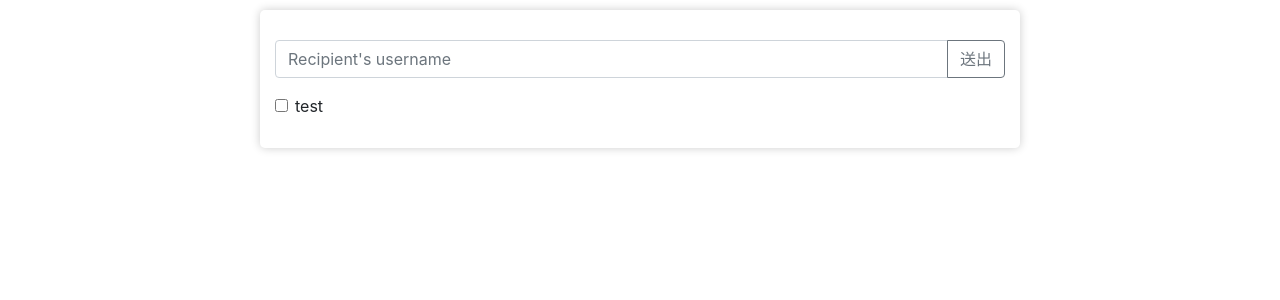
Repository: iian0910/vue3_todoList
Page: /
An editor plug-in stored every save of this project. The page is shown before and after the next save, followed by the edit.
The browser window is 1280 px wide. The pictures show the whole page.
The project was rebuilt for these pictures with package versions that can differ from the ones it lists, and the page was loaded fresh each time.

Above is the page before, as saved 2021-02-23 15:16:28.

### src/App.vue
<template>
  <TodoList/>
</template>

<script lang="ts">
import { defineComponent } from 'vue'
import TodoList from './components/TodoList.vue'

export default defineComponent({
  name: 'App',
  components: {
    TodoList
  }
})
</script>

<style lang="scss">
@import './assets/scss/all';
</style>

### src/assets/scss/all.scss
@import '~bootstrap/scss/bootstrap.scss';
@import './helpers/variables';

### src/components/TodoList.vue
<template>
  <div class="container">
    <div class="row">
      <div class="col-8 offset-2 content">
        <!-- input 輸入框 -->
        <div class="input-group mb-3">
          <input
            type="text"
            class="form-control"
            placeholder="Recipient's username"
            v-model="todoTitle">
          <div class="input-group-append">
            <button
              class="btn btn-outline-secondary"
              type="button"
              @click="addTodo()">送出</button>
          </div>
        </div>
        <!---->

        <!-- List 展示 -->
        <ul class="list">
          <li class="list-item" v-for="item in todoList" :key="item.id">
            <div class="form-check">
              <input class="form-check-input" type="checkbox" value="" :id="item.id">
              <label class="form-check-label" :for="item.id">{{item.title}}</label>
            </div>
          </li>
        </ul>
        <!---->
      </div>
    </div>
  </div>
</template>
<script lang="ts">
export default {
  name: 'TodoList',
  data () {
    return {
      todoTitle: '',
      todoList: [
        {
          id: '001',
          title: 'test'
        }
      ]
    }
  },
  methods: {
    addTodo () {
      console.log('HI')
    }
  }
}
</script>
<style lang="scss">
.content{
  padding: 30px;
  margin: 10px auto;
  border-radius: 5px;
  box-shadow: 0px 0px 10px 0px rgba(0, 0, 0, 0.2);
}
.list{
  padding: 0;
  margin: 0;
  list-style: none;
}
</style>

Loaded but not shown: public/index.html (common file); src/main.ts (common file); src/assets/scss/helpers/_variables.scss (1146 lines, source omitted)

After the next save:
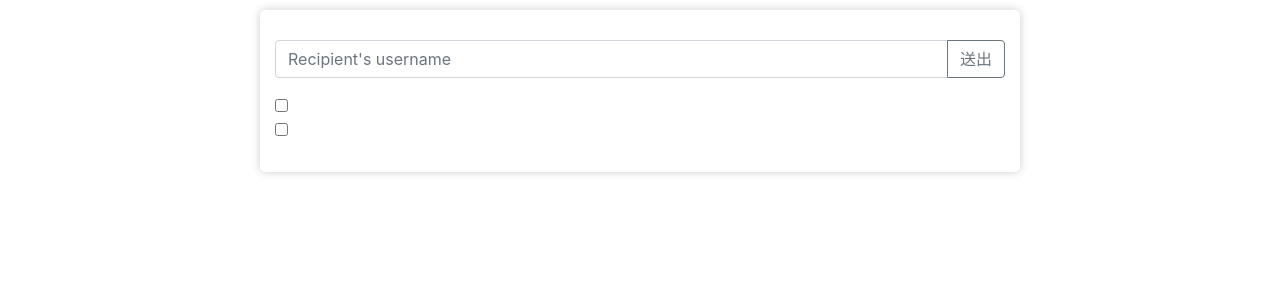
Saved 7 min 52 s later.
--- a/src/components/TodoList.vue
+++ b/src/components/TodoList.vue
@@ -33,26 +33,28 @@
   </div>
 </template>
 <script lang="ts">
-export default {
+import { defineComponent, reactive } from 'vue'
+
+interface Todo {
+  id: string
+  title: string
+}
+
+export default defineComponent({
   name: 'TodoList',
-  data () {
+  setup () {
+    const todoList = reactive<Todo>({
+      id: '001',
+      title: 'TEST'
+    })
+
     return {
-      todoTitle: '',
-      todoList: [
-        {
-          id: '001',
-          title: 'test'
-        }
-      ]
-    }
-  },
-  methods: {
-    addTodo () {
-      console.log('HI')
+      todoList
     }
   }
-}
+})
 </script>
+
 <style lang="scss">
 .content{
   padding: 30px;
